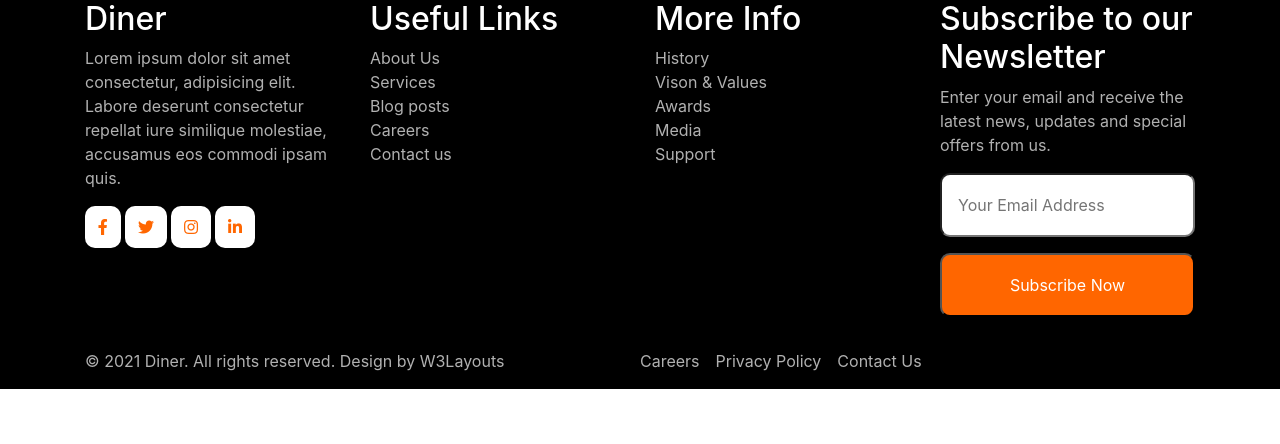
Repository: ngoctinvo/diner_project_cybersoft
Page: index.html
These files come from the project's save history. The page is drawn as it stood at one moment and after the next save; the edit follows.
The browser window is 1280 px wide. The pictures show the whole page.
Some web libraries are served in a nearby version. The style sheet was rebuilt from its Sass, Less or Tailwind sources for each picture, by a compiler version that may differ from the author's.

Above is the page before, as saved 2022-04-16 15:44:05.
Not found: js/index.js

### index.html
<!DOCTYPE html>
<html lang="en">

<head>
    <meta charset="UTF-8">
    <meta http-equiv="X-UA-Compatible" content="IE=edge">
    <meta name="viewport" content="width=device-width, initial-scale=1.0">
    <title>Document</title>
    <link rel="stylesheet" href="https://cdnjs.cloudflare.com/ajax/libs/font-awesome/6.1.1/css/all.min.css" />
    <link rel="stylesheet" href="https://cdnjs.cloudflare.com/ajax/libs/aos/2.3.4/aos.css" />
    <link rel="stylesheet" href="https://cdnjs.cloudflare.com/ajax/libs/animate.css/4.1.1/animate.min.css" />
    <link rel="stylesheet" href="https://cdnjs.cloudflare.com/ajax/libs/slick-carousel/1.8.1/slick.min.css" />
    <link rel="stylesheet" href="https://cdnjs.cloudflare.com/ajax/libs/slick-carousel/1.8.1/slick-theme.min.css" />
    <link rel="stylesheet" href="https://cdn.jsdelivr.net/npm/bootstrap@4.6.0/dist/css/bootstrap.min.css" />
    <link rel="stylesheet" href="https://cdnjs.cloudflare.com/ajax/libs/font-awesome/5.15.4/css/all.min.css" />
    <link rel="stylesheet" href="./css/index.css">
</head>

<body>
    <header></header>
    <footer class="footer">
        <div class="container">
            <div class="infor">
                <div class="row">
                    <div class="col-lg-3 col-md-6 col-sm-12">
                        <div class="item diner">
                            <h2>Diner</h2>
                            <p>Lorem ipsum dolor sit amet consectetur, adipisicing elit. Labore deserunt consectetur repellat iure similique molestiae, accusamus eos commodi ipsam quis.</p>
                            <div class="icon">
                                <i class="fab fa-facebook-f"></i>
                                <i class="fab fa-twitter"></i>
                                <i class="fab fa-instagram"></i>
                                <i class="fab fa-linkedin-in"></i>
                            </div>
                        </div>
                    </div>

                    <div class="col-lg-3 col-md-6 col-sm-12">
                        <div class="item userful-links">
                            <h2>Useful Links</h2>
                            <div class="list">
                                <a href="#">About Us</a>
                                <a href="#">Services</a>
                                <a href="#">Blog posts</a>
                                <a href="#">Careers</a>
                                <a href="#">Contact us</a>
                            </div>


                        </div>
                    </div>
                    <div class="col-lg-3 col-md-6 col-sm-12">
                        <div class="item more-info">
                            <h2>More Info</h2>
                            <div class="list">
                                <a href="#">History</a>
                                <a href="#">Vison & Values</a>
                                <a href="#">Awards</a>
                                <a href="#">Media</a>
                                <a href="#">Support</a>
                            </div>

                        </div>
                    </div>
                    <div class="col-lg-3 col-md-6 col-sm-12">
                        <div class="item subscribe">
                            <h2>Subscribe to our Newsletter</h2>
                            <p>Enter your email and receive the latest news, updates and special offers from us.</p>
                            <input type="text" placeholder="Your Email Address">
                            <button>Subscribe Now</button>
                        </div>
                    </div>
                </div>
            </div>
            <div class="copyright">
                <div class="row">
                    <div class="right col-lg-6 col-md-12">
                        <p>&copy; 2021 Diner. All rights reserved. Design by W3Layouts</p>
                    </div>
                    <div class="nav col-lg-6 col-md-12">
                        <ul>
                            <li><a href="#">Careers</a></li>
                            <li><a href="#">Privacy Policy</a></li>
                            <li><a href="#">Contact Us</a></li>
                        </ul>
                    </div>
                </div>

            </div>
        </div>
    </footer>
    <script src="https://code.jquery.com/jquery-3.6.0.min.js"></script>
    <script src="https://cdnjs.cloudflare.com/ajax/libs/aos/2.3.4/aos.js"></script>
    <script type="text/javascript" src="//cdn.jsdelivr.net/npm/slick-carousel@1.8.1/slick/slick.min.js"></script>
    <script src="https://cdnjs.cloudflare.com/ajax/libs/popper.js/1.14.7/umd/popper.min.js"></script>
    <script src="https://stackpath.bootstrapcdn.com/bootstrap/4.3.1/js/bootstrap.min.js"></script>
    <script src="./js/index.js"></script>
</body>

</html>

### sass/index.scss
* {
    margin: 0;
    padding: 0;
    box-sizing: border-box;
}

.footer {
    background-color: black;
    color: rgb(177, 177, 177);
    a {
        color: rgb(177, 177, 177);
    }
    a:hover {
        color: #ff6600;
        text-decoration: none;
    }
    .infor {
        h2 {
            color: white;
        }
        .icon i {
            padding: 0.8rem;
            color: #ff6600;
            border-radius: 10px;
            background-color: white;
            font-size: 1rem;
        }
        .list {
            display: flex;
            flex-direction: column;
        }
        .subscribe input {
            width: 100%;
            height: 4rem;
            border-radius: 10px;
            margin-bottom: 1rem;
            padding-left: 1rem;
        }
        .subscribe button {
            width: 100%;
            height: 4rem;
            border-radius: 10px;
            background-color: #ff6600;
            color: white;
        }
    }
    .copyright {
        margin: 2rem 0;
        .nav ul {
            display: flex;
            flex-direction: row;
            li {
                margin-right: 1rem;
                list-style-type: none;
            }
        }
    }
}


/*# sourceMappingURL=index.css.map */

After the next save:
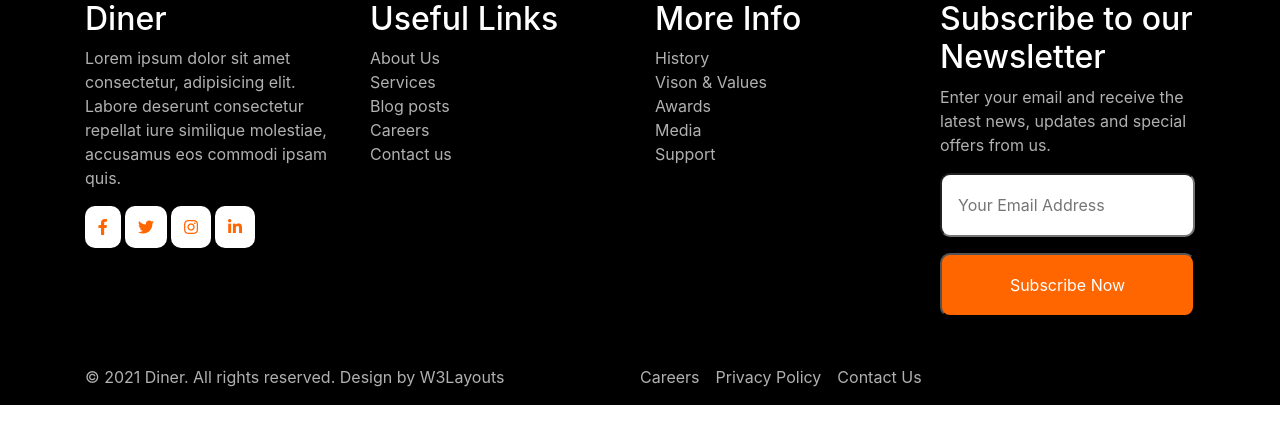
Saved 19 s later.
--- a/sass/index.scss
+++ b/sass/index.scss
@@ -45,7 +45,7 @@
         }
     }
     .copyright {
-        margin: 2rem 0;
+        margin: 3rem 0;
         .nav ul {
             display: flex;
             flex-direction: row;
